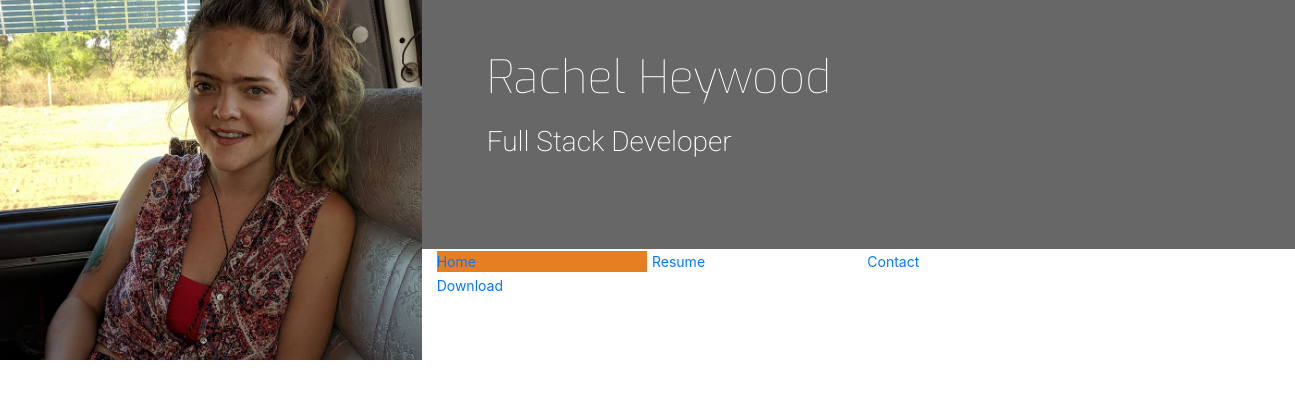
Repository: Heywood93/resume
Page: index.html
The author's editor kept a record of every edit. The page is drawn from the files as they stood at one moment, then again after the next edit.
The browser window is 1280 px wide. The page is 1295 px wide, so the pictures cover 1295 px, including what lies to the right of the window. The pictures show the whole page.

Above is the page before.

### index.html
<!DOCTYPE html>
<html lang="en">
<head>
    <meta charset="UTF-8">
    <meta name="viewport" content="width=device-width, initial-scale=1.0">
    <meta http-equiv="X-UA-Compatible" content="ie=edge">
    <link rel="stylesheet" href="https://stackpath.bootstrapcdn.com/bootstrap/4.3.1/css/bootstrap.min.css" type="text/css" />
    <link rel="stylesheet" href="https://stackpath.bootstrapcdn.com/font-awesome/4.7.0/css/font-awesome.min.css" type="text/css" />
    <link rel="stylesheet" href="assets/css/style.css" type="text/css" />
    <title>Rachel Heywood</title>
</head>
<body>
    <header>
        <div class="row">
            <a href="index.html" class="col-md-4 logo">

            </a>
            <div class="col-md-8">
                <div class="row bg-color-name-title">
                    <div class="col heading">
                        <h1 class="name">Rachel Heywood</h1>
                        <h2 class="title">Full Stack Developer</h2>
                    </div>
                </div>
                <div class="row">
                    <div class="col">
                        <ul id="nav" class="list-inline">
                            <li class="col-6 col-sm-3 ui-menu-color-home list-inline-item">
                                <a href="#"><span>Home</span></a>
                            </li>
                            <li class="col-6 col-sm-3 list-inline-item">
                                <a href="#"><span>Resume</span></a>
                            </li>
                            <li class="col-6 col-sm-3 list-inline-item">
                                <a href="#"><span>Contact</span></a>
                            </li>
                            <li class="col-6 col-sm-3 list-inline-item">
                                <a href="#"><span>Download</span></a>
                            </li>
                        </ul>
                    </div>
                </div>
            </div>
        </div>

    </header>
    <section>

    </section>
    <footer>

    </footer>
</body>
</html>

### assets/css/style.css
@import url('https://fonts.googleapis.com/css?family=Roboto:100,200,300,400,500,600,700|Exo:100,200,300,400,500,600,700');

/*----------Colors */

.bg-color-name-title {
    background-color: #676767;
}

.ui-menu-color-home {
    background-color: #e67e22
}

.ui-menu-color-resume {
    background-color: #9b59b6
}

.ui-menu-color-contact {
    background-color: #3498db
}

.ui-menu-color-download {
    background-color: #525252
}

/*----------Heading */

header {
    margin: 0;
}

.heading {
    margin-left : 50px;
}

.logo {
    background: url(../images/profile-picture.jpg);
    background-position: center;
    background-repeat: no-repeat;
    background-size: cover;
    min-height: 360px;
    transition: all .5s ease-in-out;
    -moz-transition: all .5s ease-in-out;
    -webkit-transition: all .5s ease-in-out;
}

.name {
    font-family: "Exo", sans-serif;
    font-weight: 100;
    font-size: 46px;
    margin-top: 50px;
    color: #fff;
}

.title {
    font-family: "Roboto", sans-serif;
    font-weight: 200;
    font-size: 28px;
    margin-top: 20px;
    margin-bottom: 90px;
    color: #fff;
}

.list-inline-item:not(:last-child) {
    margin: 0;
}

.menucontainer {
    font-size: 0;
}

#nav {
    margin: 0;
}

#nav li {
    font-size: 14px;
    padding: 0;
}

.menuitem {
    height: 120px;
    text-align: center;
    padding: 0;
}

.menuitem a {
    width: 100%;
    text-decoration: none;
    color: #fff;
    height: 120px;
}

.menuitem a i {
    padding-top: 22px;
    display: block;
    color: #fafafa;
    font-size: 26px;
}

.menuitem span {
    display: block;
    width: 100%;
    padding-top: 5px;
    text-align: center;
    text-transform: uppercase;
    font-size: 14px;
    font-weight: 300;
    letter-spacing: 2px;
}

/*----------Hover.css */

.hvr-sweep-to-bottom:before {
    background: rgba(0, 0, 0, 0.2);
    height: 120px;
}

After the next edit:
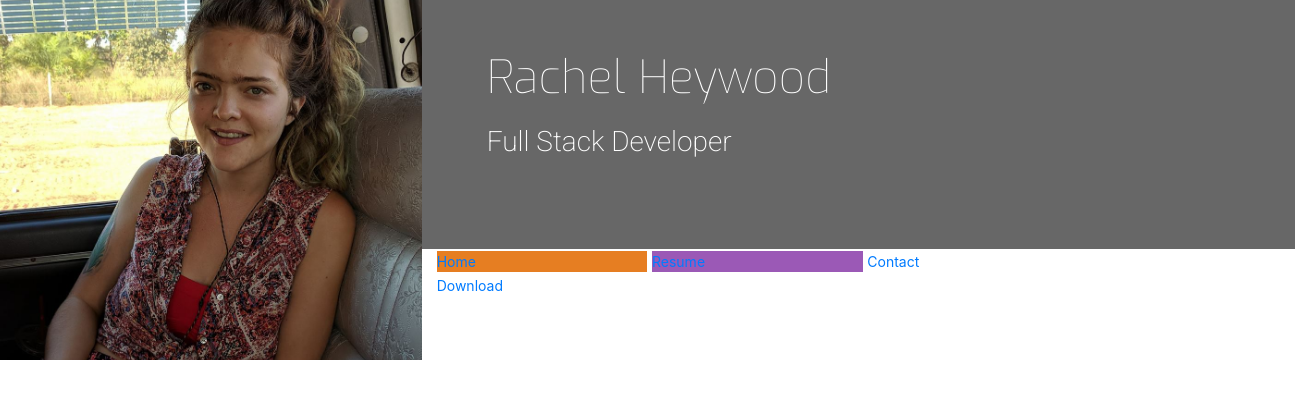
The edit:
--- a/index.html
+++ b/index.html
@@ -28,7 +28,7 @@
                             <li class="col-6 col-sm-3 ui-menu-color-home list-inline-item">
                                 <a href="#"><span>Home</span></a>
                             </li>
-                            <li class="col-6 col-sm-3 list-inline-item">
+                            <li class="col-6 col-sm-3 ui-menu-color-resume list-inline-item">
                                 <a href="#"><span>Resume</span></a>
                             </li>
                             <li class="col-6 col-sm-3 list-inline-item">
